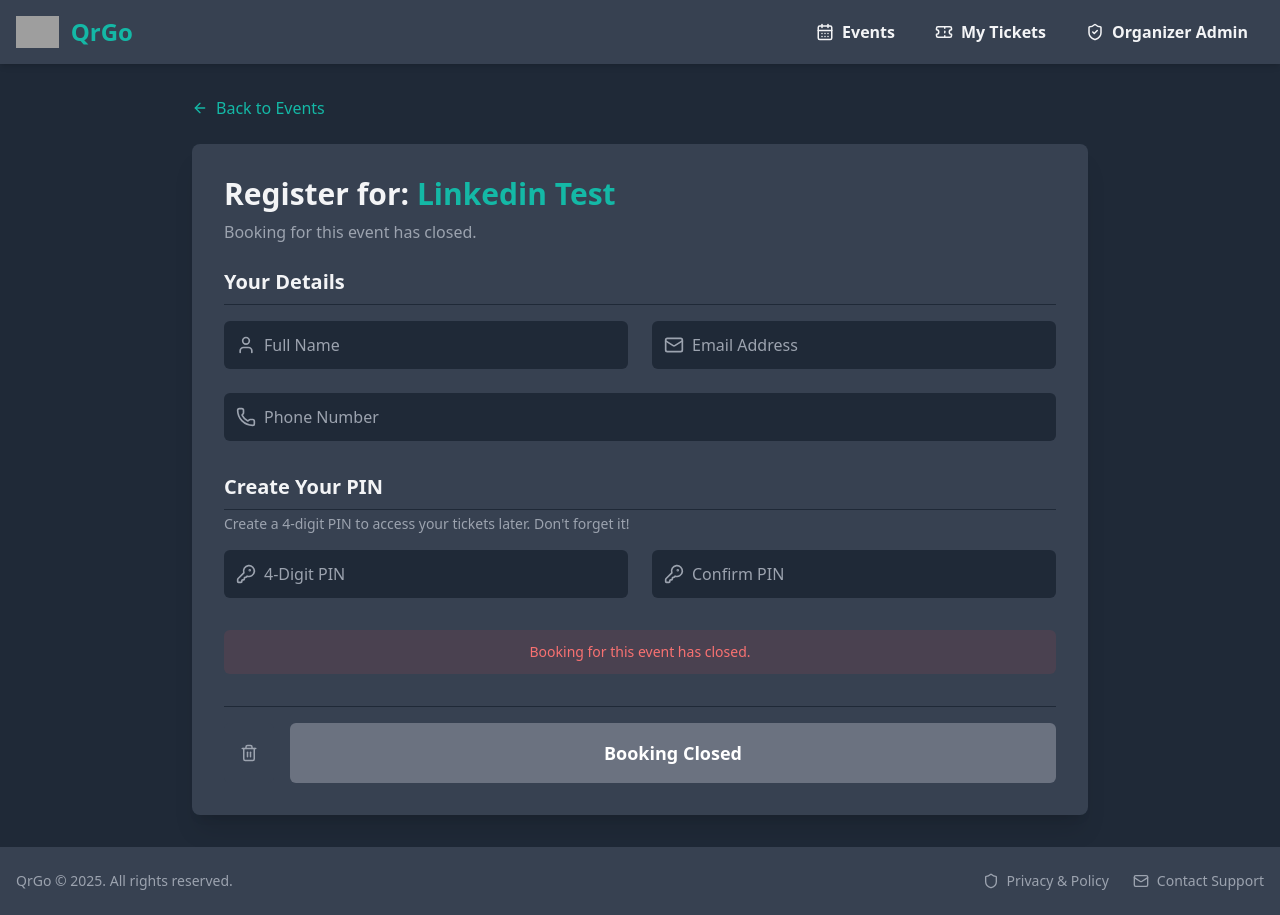
Repository: Dhakshin2007/QrGo
Page: /#/book/linkedin-test
An editor plug-in stored every save of this project. The page is shown before and after the next save, followed by the edit.
The browser window is 1280 px wide. The pictures show the whole page.
Pictures or frames that could not be fetched are drawn as grey boxes. Some web libraries are served in a nearby version. The project was rebuilt for these pictures with package versions that can differ from the ones it lists, and the page was loaded fresh each time. Also part of the build but not shown: vite.config.ts, components/EventCard.tsx, pages/HomePage.tsx, components/TicketCard.tsx, pages/MyTicketsPage.tsx, services/aiService.ts, pages/AdminPage.tsx, pages/PrivacyPolicyPage.tsx.

Above is the page before, as saved 2025-08-12 14:43:49.

After the next save:
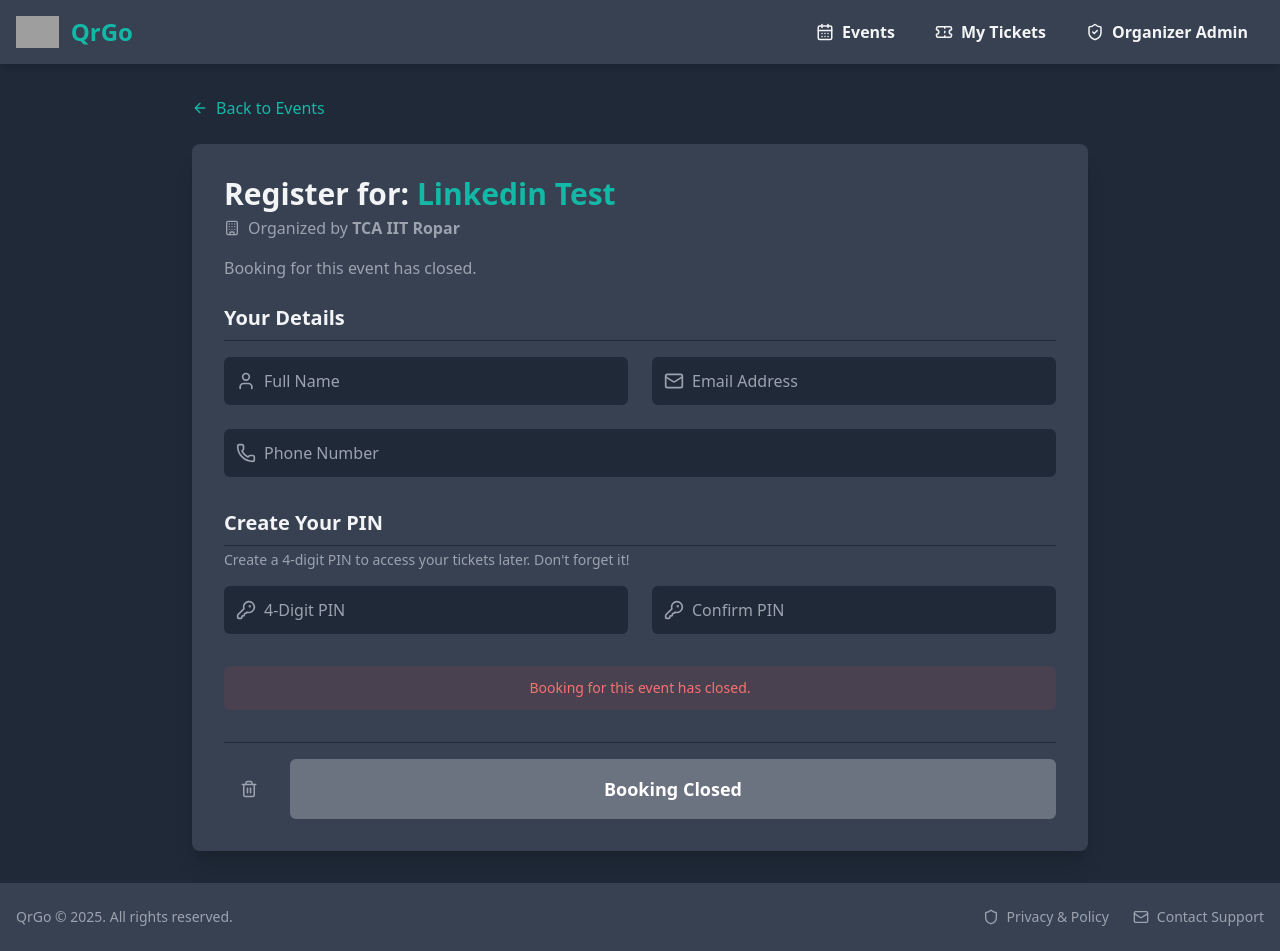
Saved 21 s later.
--- a/pages/BookingPage.tsx
+++ b/pages/BookingPage.tsx
@@ -3,10 +3,11 @@
 import React, { useState, useEffect } from 'react';
 import * as ReactRouterDOM from 'react-router-dom';
 import { Event, EventStatus } from '../types';
-import { ArrowLeft, Loader2, Copy, Check, ExternalLink, User, Mail, Phone, KeyRound, FileText, ClipboardCheck, Trash2, IndianRupee } from 'lucide-react';
+import { ArrowLeft, Loader2, Copy, Check, ExternalLink, User, Mail, Phone, KeyRound, FileText, ClipboardCheck, Trash2, IndianRupee, Building } from 'lucide-react';
 import { useToast } from '../contexts/ToastContext';
 import { useEvents } from '../App';
 import { db } from '../services/db';
+import { ORGANIZERS } from '../contexts/AuthContext';
 
 const BookingPage: React.FC = () => {
   const { eventId } = ReactRouterDOM.useParams<{ eventId: string }>();
@@ -30,6 +31,8 @@
   const [isLoading, setIsLoading] = useState(false);
   const [isCopied, setIsCopied] = useState(false);
   const { showToast } = useToast();
+
+  const organizer = event ? ORGANIZERS.find(o => o.id === event.organizerId) : null;
 
   useEffect(() => {
     if (eventId) {
@@ -174,7 +177,13 @@
           <ArrowLeft size={16} /> Back to Events
        </button>
       <div className="bg-surface rounded-lg shadow-xl p-8">
-        <h1 className="text-3xl font-bold mb-2">Register for: <span className="text-primary">{event.name}</span></h1>
+        <h1 className="text-3xl font-bold mb-1">Register for: <span className="text-primary">{event.name}</span></h1>
+        {organizer && (
+            <div className="flex items-center gap-2 text-md text-on-surface-secondary mb-4">
+                <Building size={16} />
+                <span>Organized by <span className="font-semibold">{organizer.name}</span></span>
+            </div>
+        )}
         <p className="text-on-surface-secondary mb-6">
             { event.status === EventStatus.Upcoming ? 'Booking for this event will open soon.'
             : event.status === EventStatus.Closed ? 'Booking for this event has closed.'
@@ -204,9 +213,9 @@
                                {isCopied ? <Check size={18} /> : <Copy size={18} />}
                            </button>
                         </div>
-                        {/* <a href={event.upiLink} target="_blank" rel="noopener noreferrer" className="mt-3 inline-flex items-center gap-2 text-primary hover:underline">
+                        <a href={event.upiLink} target="_blank" rel="noopener noreferrer" className="mt-3 inline-flex items-center gap-2 text-primary hover:underline">
                             Pay with UPI App <ExternalLink size={16}/>
-                        </a> */}
+                        </a>
                     </div>
                     {event.qrCodeImage && <img src={event.qrCodeImage} alt="Payment QR Code" className="w-32 h-32 sm:w-40 sm:h-40 rounded-lg bg-white p-1" />}
                 </div>
